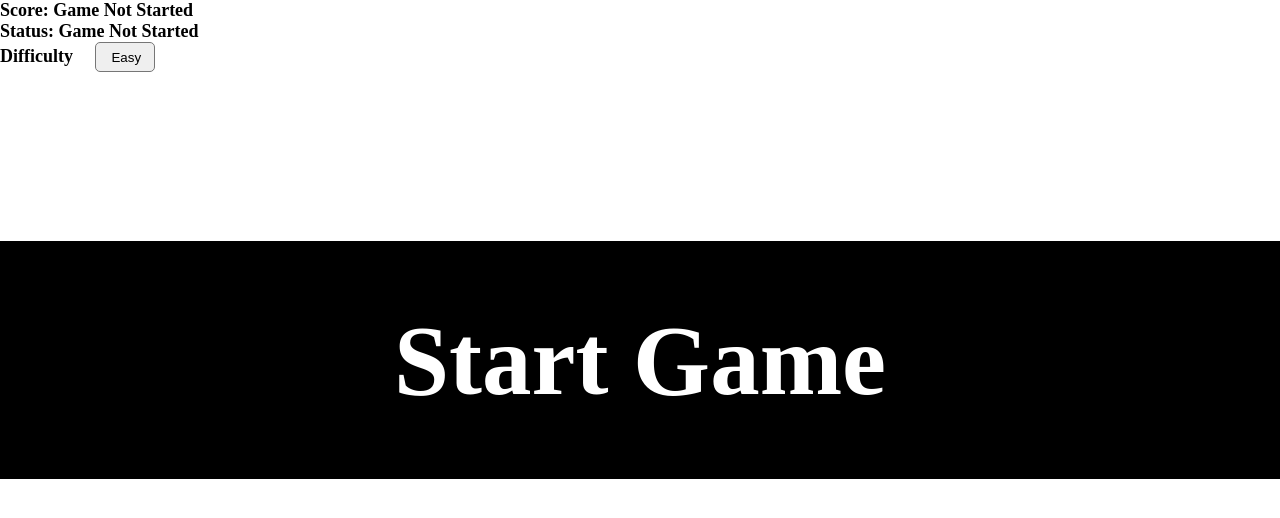
Repository: lulyany/bytedance_hw2
Page: test.html
The author's editor kept a copy of each file at every save. The page is drawn from the files as they stood at one save, then again after a run of saves.
The browser window is 1280 px wide. The pictures show the whole page.

Above is the page before, as saved 2022-03-12 02:37:55.

After the next 2 saves:
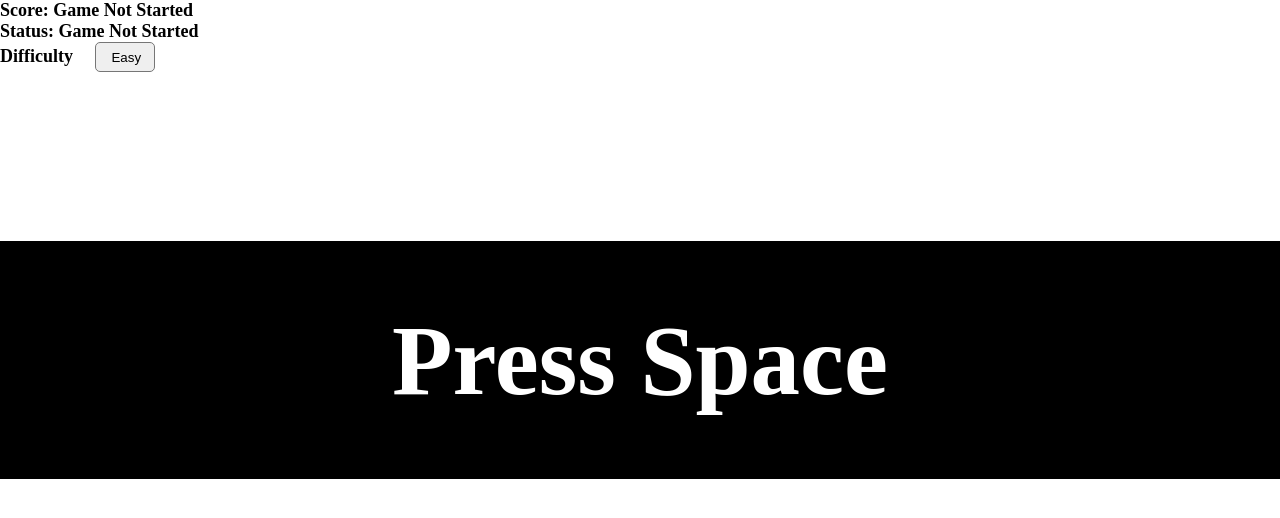
The 2 saves are shown as one change because they came seconds apart.
The last was saved 55 s later.
--- a/test.html
+++ b/test.html
@@ -10,7 +10,7 @@
 </head>
 
 <body>
-  <div id="Start_game"><span data-text="" >Start Game</span></div>
+  <div id="Start_game"><span data-text="" >Press Space</span></div>
   <div id="score"><span>Score:</span> <strong>Game Not Started</strong></div>
   <div id="dir"><span>Status:</span> <strong>Game Not Started</strong></div>
   <div id="diff"><span>Difficulty</span>
